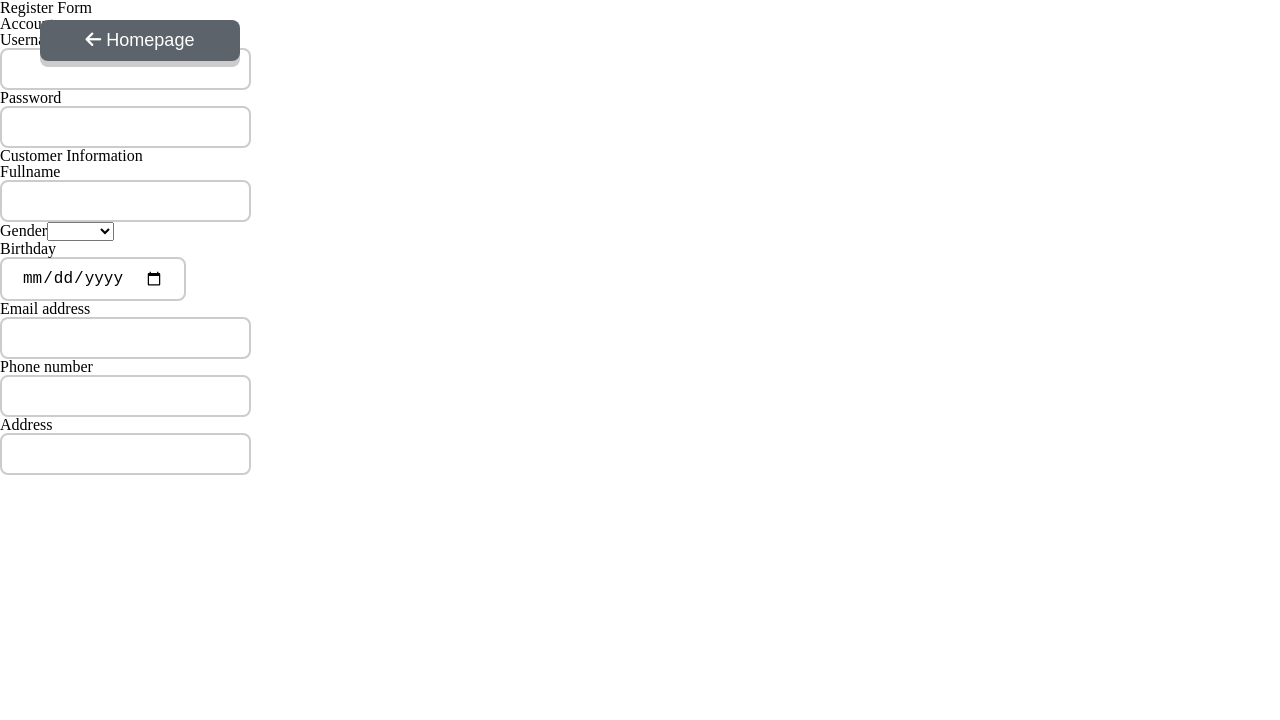
Repository: Trung0810/btl_cnpm_fe
Page: /
These files come from the project's save history. The page is drawn as it stood at one moment and after the next save; the edit follows.
The browser window is 1280 px wide. The pictures show the whole page.
The project was rebuilt for these pictures with package versions that can differ from the ones it lists, and the page was loaded fresh each time. Also part of the build but not shown: src/components/header/header.css, src/components/header/Header.js, src/components/footer/Footer.css, src/components/footer/Footer.js, src/components/shoes_list/ShoesCard.css, src/components/shoes_list/ShoesCard.js, src/components/shoes_list/ShoesList.css, src/components/shoes_list/ShoesList.js and 17 more.

Above is the page before, as saved 2026-03-31 13:30:32.

### public/index.html
<!doctype html>
<html lang="en">
  <head>
    <meta charset="utf-8" />
    <link rel="icon" href="%PUBLIC_URL%/favicon.ico" />
    <meta name="viewport" content="width=device-width, initial-scale=1" />
    <meta name="theme-color" content="#000000" />
    <meta
      name="description"
      content="Web site created using create-react-app"
    />
    <link rel="apple-touch-icon" href="%PUBLIC_URL%/logo192.png" />
    <!--
      manifest.json provides metadata used when your web app is installed on a
      user's mobile device or desktop. See https://developers.google.com/web/fundamentals/web-app-manifest/
    -->
    <link rel="manifest" href="%PUBLIC_URL%/manifest.json" />
    <!--
      Notice the use of %PUBLIC_URL% in the tags above.
      It will be replaced with the URL of the `public` folder during the build.
      Only files inside the `public` folder can be referenced from the HTML.

      Unlike "/favicon.ico" or "favicon.ico", "%PUBLIC_URL%/favicon.ico" will
      work correctly both with client-side routing and a non-root public URL.
      Learn how to configure a non-root public URL by running `npm run build`.
    -->
    <link rel="preconnect" href="https://fonts.googleapis.com" />
    <link rel="preconnect" href="https://fonts.gstatic.com" crossorigin />
    <link
      href="https://fonts.googleapis.com/css2?family=DM+Sans:ital,opsz,wght@0,9..40,100..1000;1,9..40,100..1000&family=Oswald:wght@200..700&display=swap"
      rel="stylesheet"
    />
    <title>React App</title>
  </head>
  <body>
    <noscript>You need to enable JavaScript to run this app.</noscript>
    <div id="root"></div>
    <!--
      This HTML file is a template.
      If you open it directly in the browser, you will see an empty page.

      You can add webfonts, meta tags, or analytics to this file.
      The build step will place the bundled scripts into the <body> tag.

      To begin the development, run `npm start` or `yarn start`.
      To create a production bundle, use `npm run build` or `yarn build`.
    -->
  </body>
</html>

### src/index.js
import React from "react";
import ReactDOM from "react-dom/client";
import App from "./App";
import reportWebVitals from "./reportWebVitals";
import "./index.css";
import "./reset.css";
import "@fortawesome/fontawesome-free/css/all.min.css";

const root = ReactDOM.createRoot(document.getElementById("root"));
root.render(
  <React.StrictMode>
    <App />
  </React.StrictMode>,
);

// If you want to start measuring performance in your app, pass a function
// to log results (for example: reportWebVitals(console.log))
// or send to an analytics endpoint. Learn more: https://bit.ly/CRA-vitals
reportWebVitals();

### src/App.js
import { Fragment } from "react";
import Header from "./components/header/Header";
import Footer from "./components/footer/Footer";
import HomePage from "./components/home_page/HomePage";
import ShoesPage from "./components/shoes_page/ShoesPage";
import LoginForm from "./components/login_form/LoginForm";
import LoginPage from "./components/login_page/LoginPage";
import RegisterPage from "./components/register_page/RegisterPage";
import "./App.css";

function App() {
  return (
    <Fragment>
      {/* <Header></Header> */}
      {/* <HomePage></HomePage> */}
      {/* <ShoesPage></ShoesPage> */}
      {/* <Footer></Footer> */}
      {/* <LoginPage></LoginPage> */}
      <RegisterPage></RegisterPage>
    </Fragment>
  );
}

export default App;

### src/index.css
body {
  margin: 0;
  font-family:
    -apple-system, BlinkMacSystemFont, "Segoe UI", "Roboto", "Oxygen", "Ubuntu",
    "Cantarell", "Fira Sans", "Droid Sans", "Helvetica Neue", sans-serif;
  -webkit-font-smoothing: antialiased;
  -moz-osx-font-smoothing: grayscale;
  font-family: "DM Sans", sans-serif;
}
body::-webkit-scrollbar {
  display: none;
}
code {
  font-family:
    source-code-pro, Menlo, Monaco, Consolas, "Courier New", monospace;
}
* {
  box-sizing: border-box;
}

### src/components/register_page/RegisterPage.js
import React, { Fragment } from "react";
import RegisterForm from "../register_form/RegisterForm";

const RegisterPage = () => {
  return (
    <Fragment>
      <button
        style={{
          backgroundColor: "#5C636A",
          color: "#fff",
          position: "absolute",
          top: "20px",
          left: "40px",
        }}
      >
        <i className="fa fa-arrow-left"></i> Homepage
      </button>
      <RegisterForm></RegisterForm>
    </Fragment>
  );
};

export default RegisterPage;

### src/App.css
input {
  display: block;
  font-size: 16px;
  font-weight: 500;
  padding: 10px 20px;
  border: 2px solid #ccc;
  border-radius: 8px;
  outline: none;
}
input:focus {
  border-color: #20e3b4;
}
button {
  display: block;
  width: 200px;
  padding: 10px 30px;
  font-size: 18px;
  font-weight: 500;
  border-radius: 8px;
  border: none;
  outline: none;
  cursor: pointer;
  box-shadow: 0 6px 0 0 #ccc;
  transition: all 0.25s linear;
}
button:active {
  box-shadow: 0 3px 0 0 #ccc;
  transform: translateY(3px);
}

### src/components/register_form/RegisterForm.js
import React from "react";
import "./RegisterForm.css";

const RegisterForm = () => {
  return (
    <form className="register-form">
      <h2 className="register-title">Register Form</h2>
      <div className="register-account">
        <h3>Account</h3>
        <div className="register-form-wrapper">
          <label htmlFor="username">Username</label>
          <input type="text" name="username" id="username" />
        </div>
        <div className="register-form-wrapper">
          <label htmlFor="password">Password</label>
          <input type="text" name="password" id="password" />
        </div>
      </div>
      <div className="register-infor">
        <h3>Customer Information</h3>
        <div className="register-form-wrapper">
          <label htmlFor="fullname">Fullname</label>
          <input type="text" name="fullname" id="fullname" />
        </div>
        <div className="register-form-wrapper">
          <label htmlFor="gender">Gender</label>
          <select name="gender" id="gender">
            <option value=""></option>
            <option value="Male">Male</option>
            <option value="Female">Female</option>
            <option value="Other">Other</option>
          </select>
        </div>
        <div className="register-form-wrapper">
          <label htmlFor="date">Birthday</label>
          <input type="date" name="date" id="date" />
        </div>
        <div className="register-form-wrapper">
          <label htmlFor="email">Email address</label>
          <input type="email" name="email" id="email" />
        </div>
        <div className="register-form-wrapper">
          <label htmlFor="phone">Phone number</label>
          <input type="phone" name="phone" id="phone" />
        </div>
        <div className="register-form-wrapper">
          <label htmlFor="address">Address</label>
          <input type="text" name="address" id="address" />
        </div>
      </div>
    </form>
  );
};

export default RegisterForm;

### src/components/register_form/RegisterForm.css
.register-form {
  width: 500px;
}

Loaded but not shown: src/reportWebVitals.js (common file); src/reset.css (common file)

After the next save:
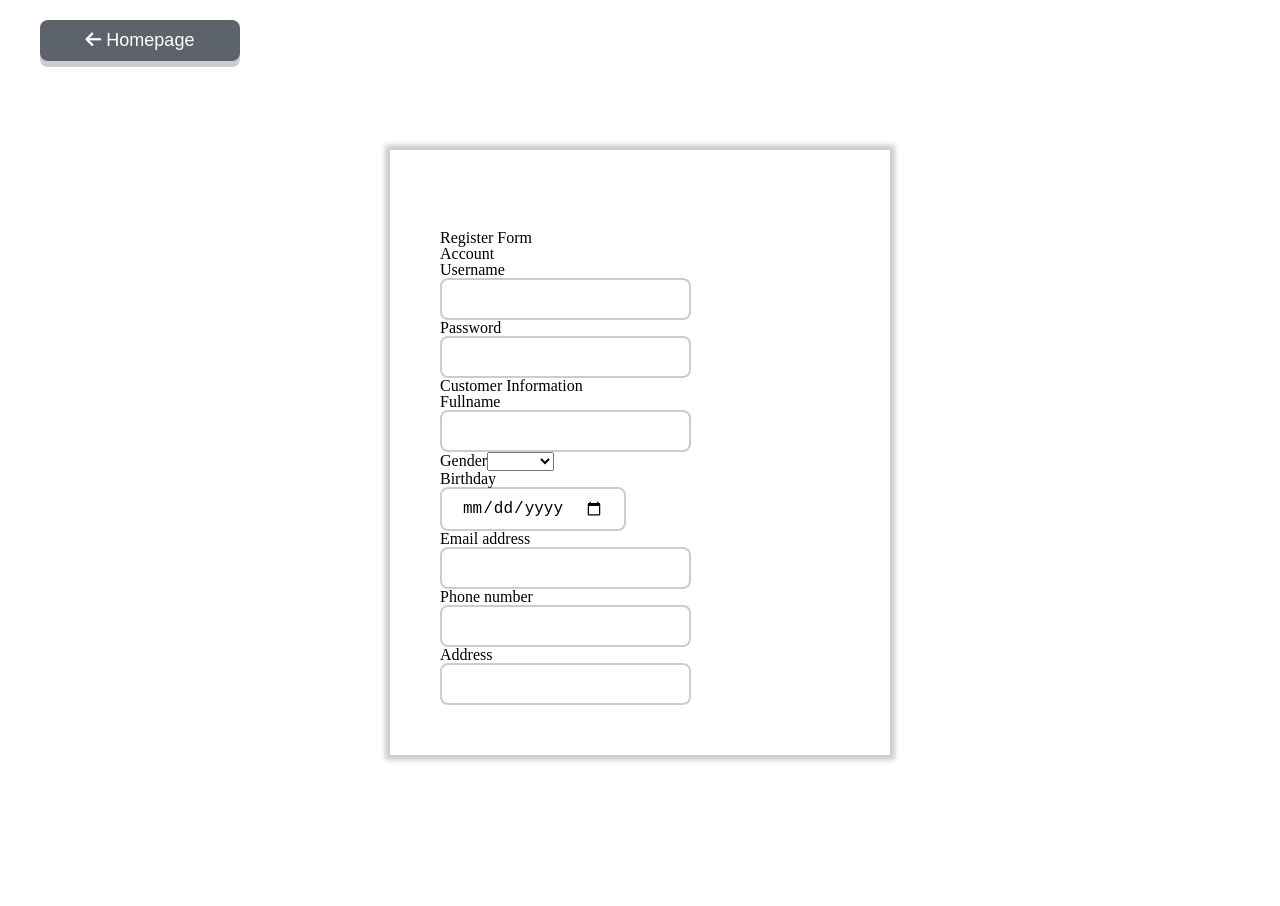
Saved 22 s later.
--- a/src/components/register_form/RegisterForm.css
+++ b/src/components/register_form/RegisterForm.css
@@ -1,3 +1,7 @@
 .register-form {
   width: 500px;
+  padding: 80px 50px 50px;
+  margin: 150px auto;
+  box-shadow: 0 0 5px 5px #ccc;
+  user-select: none;
 }
